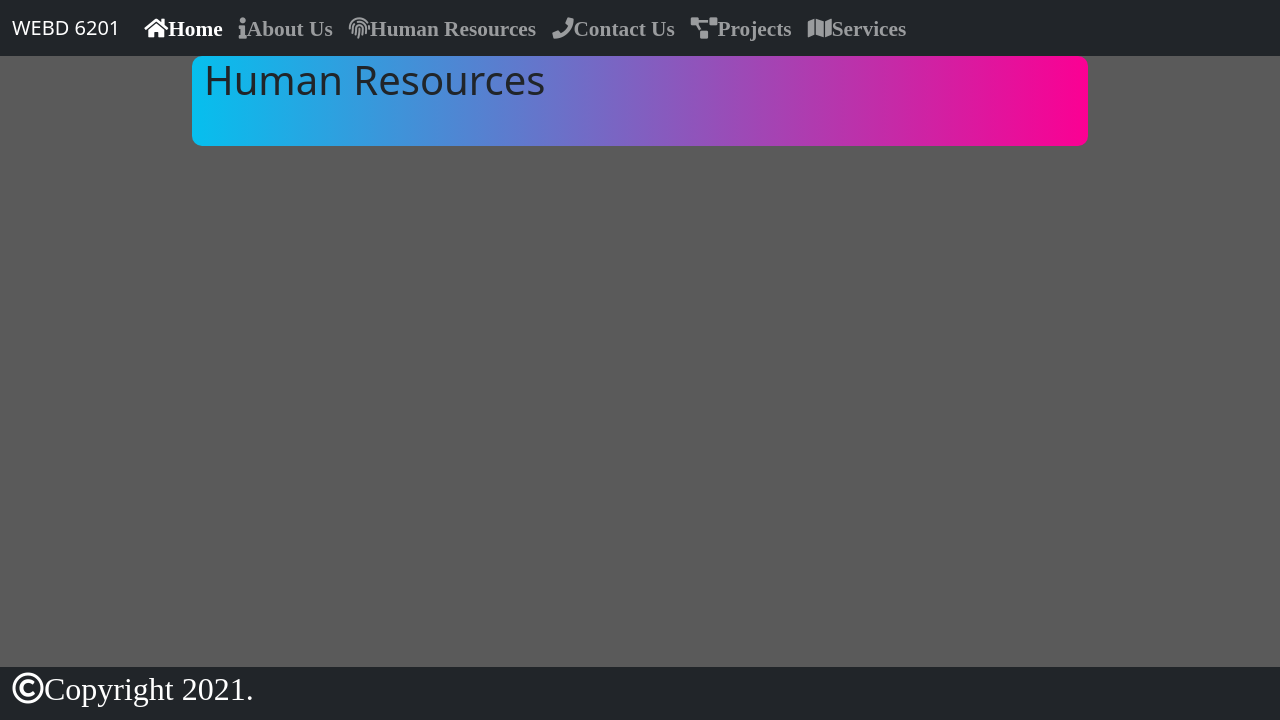
Repository: vans12345678/WEBD6201-W2021-Lab1
Page: human-resources.html
The author's editor kept a copy of each file at every save. The page is drawn from the files as they stood at one save, then again after the next save.
The browser window is 1280 px wide. The pictures show the whole page.

Above is the page before, as saved 2021-02-02 14:59:05.

After the next save:
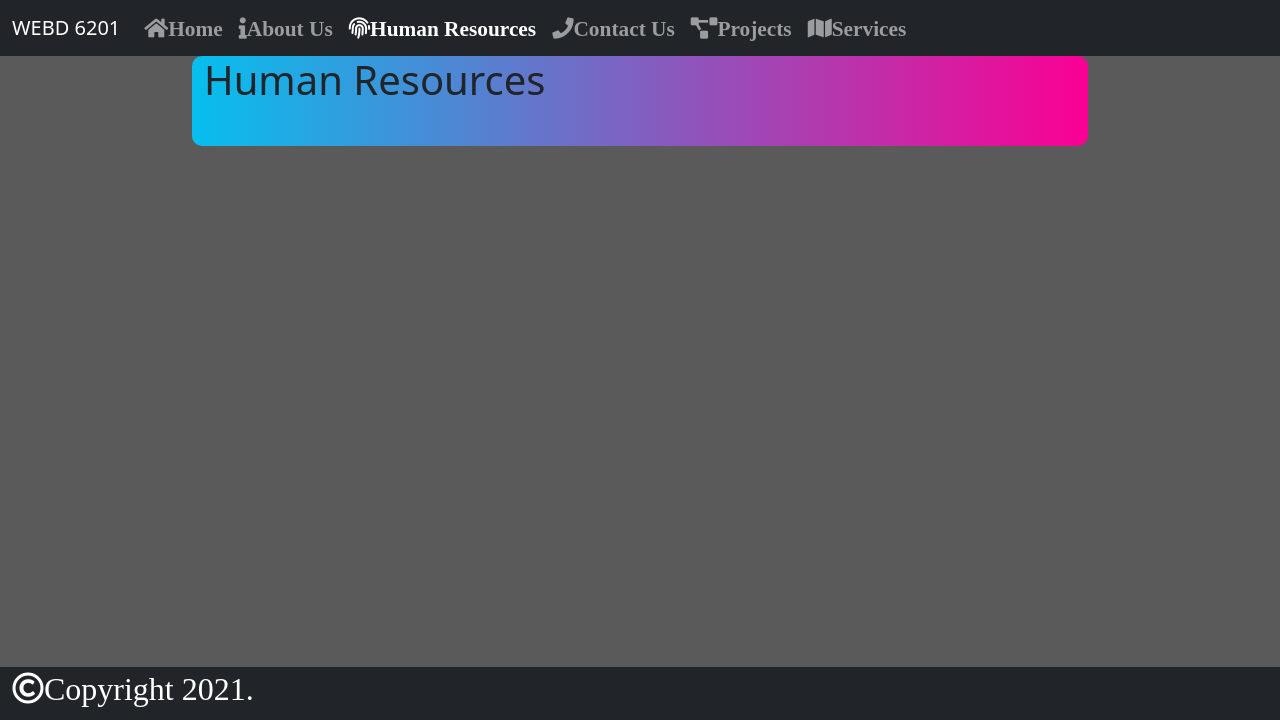
Saved 24 s later.
--- a/human-resources.html
+++ b/human-resources.html
@@ -23,13 +23,13 @@
               <div class="collapse navbar-collapse" id="navbarSupportedContent">
                 <ul class="navbar-nav me-auto mb-2 mb-lg-0">
                   <li class="nav-item">
-                    <a id = "navIndex" class="nav-link active fas fa-home fa-lg" aria-current="page" href="index.html"></a>
+                    <a id = "navIndex" class="nav-link fas fa-home fa-lg" aria-current="page" href="index.html"></a>
                   </li>
                   <li class="nav-item">
                     <a id = "navAbout" class="nav-link fas fa-info fa-lg" aria-current="page" href="about.html"></a>
                   </li>
                   <li class="nav-item">
-                    <a id = "navHumanResources" class="nav-link fas fa-fingerprint fa-lg" aria-current="page" href="human-resources.html"></a>
+                    <a id = "navHumanResources" class="nav-link active fas fa-fingerprint fa-lg" aria-current="page" href="human-resources.html"></a>
                   </li>
                   <li class="nav-item">
                     <a id = "navContact" class="nav-link fas fa-phone fa-lg" aria-current="page" href="contact.html"></a>
